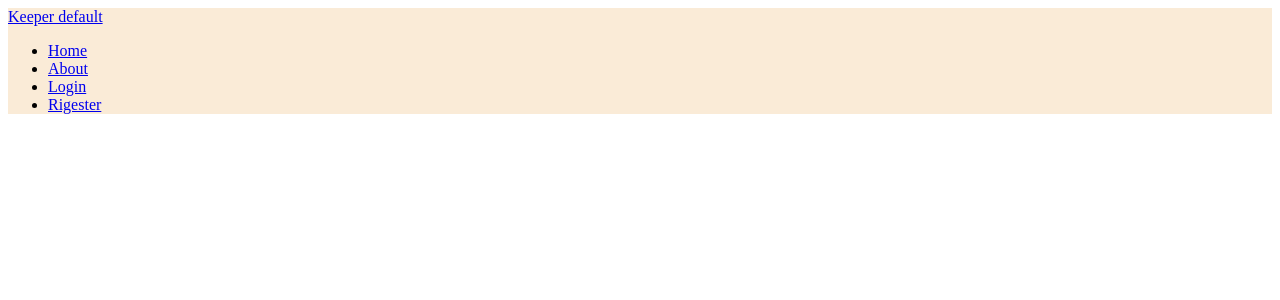
Repository: 3bdulrahman/contact-keeper
Page: / (app in client/)
These files come from the project's save history. The page is drawn as it stood at one moment and after the next save; the edit follows.
The browser window is 1280 px wide. The pictures show the whole page.
The project was rebuilt for these pictures with package versions that can differ from the ones it lists, and the page was loaded fresh each time.

Above is the page before, as saved 2020-03-29 20:34:02.

### client/src/App.js
import React from 'react';
import Navbar from './components/layout/Navbar'
import './App.css'
const  App = ()=> {

  return (
    <div className="App">
         <Navbar   />
    </div>
  );
}

export default App;

### client/src/components/layout/Navbar.js
import React from 'react'
import PropTypes from 'prop-types'

 const Navbar = ({title}) => {
    return (
        <nav class="navbar navbar-default">
        <div class="container-fluid">
          <div class="navbar-header">
            <a class="navbar-brand" href="#">{title}</a>
          </div>
          <ul class="nav navbar-nav">
            <li class="active"><a href="#">Home</a></li>
            <li><a href="#">About</a></li>
            <li><a href="#">Login</a></li>
            <li><a href="#">Rigester</a></li>
          </ul>
        </div>
      </nav>
    )
}

Navbar.propTypes= {
     title:PropTypes.string.isRequired
}
Navbar.defaultProps = {
     title:'Keeper default '
}

export default Navbar

### client/src/App.css
.navbar-default{
     background-color: antiquewhite;
}

Loaded but not shown: client/src/index.js (common file)

After the next save:
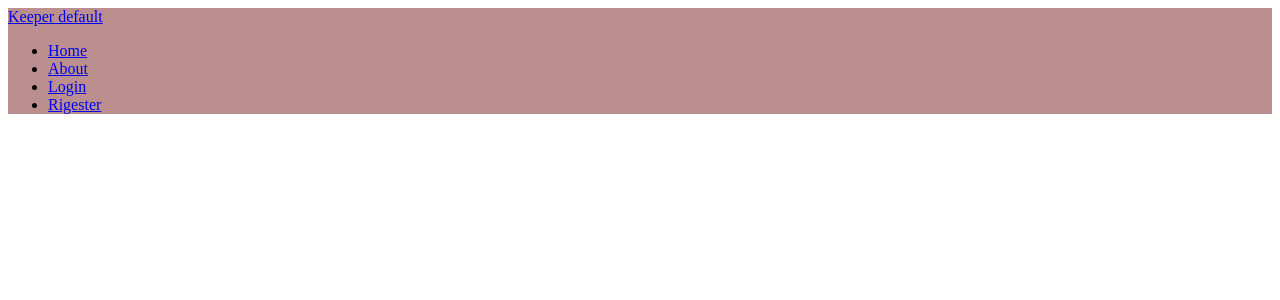
Saved 82 s later.
--- a/client/src/App.css
+++ b/client/src/App.css
@@ -1,3 +1,6 @@
 .navbar-default{
-     background-color: antiquewhite;
+     background-color:rosybrown
 }
+li.active {
+     background-color:rosybrown
+}
